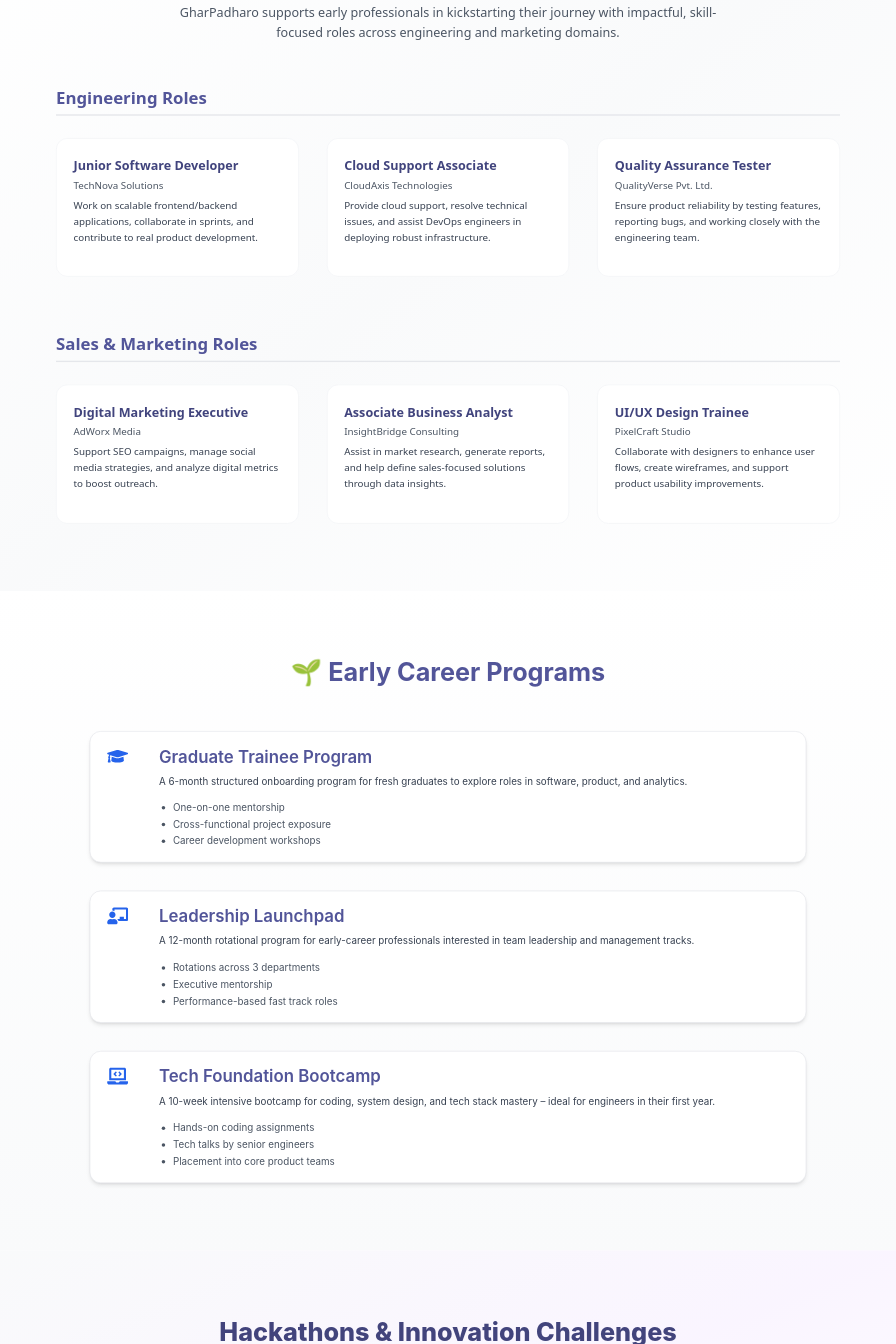
Repository: Siddharthkothiyal/GharPadhaaroCareerWebsite
Page: /#/students
The author's editor kept a copy of each file at every save. The page is drawn from the files as they stood at one save, then again after the next save.
The browser window is 1280 px wide. The pictures show the part of the page from y = 1816 to 3736 px (the page is 7311 px tall), at 70% of full size.
The project was rebuilt for these pictures with package versions that can differ from the ones it lists, and the page was loaded fresh each time. Also part of the build but not shown: src/components/CareerPortal/JobListing/JobListings.css, src/components/CareerPortal/JobListing/JobListings.js, src/components/CareerPortal/Header.css, src/components/CareerPortal/ResumeUpload.css, src/components/CareerPortal/ResumeUpload.js, src/components/CareerPortal/Header.js, src/components/CareerPortal/JobListing/JobSearch.css, src/components/CareerPortal/JobListing/JobSearch.js and 10 more.

Above is the page before, as saved 2025-06-22 11:53:31.

After the next save:
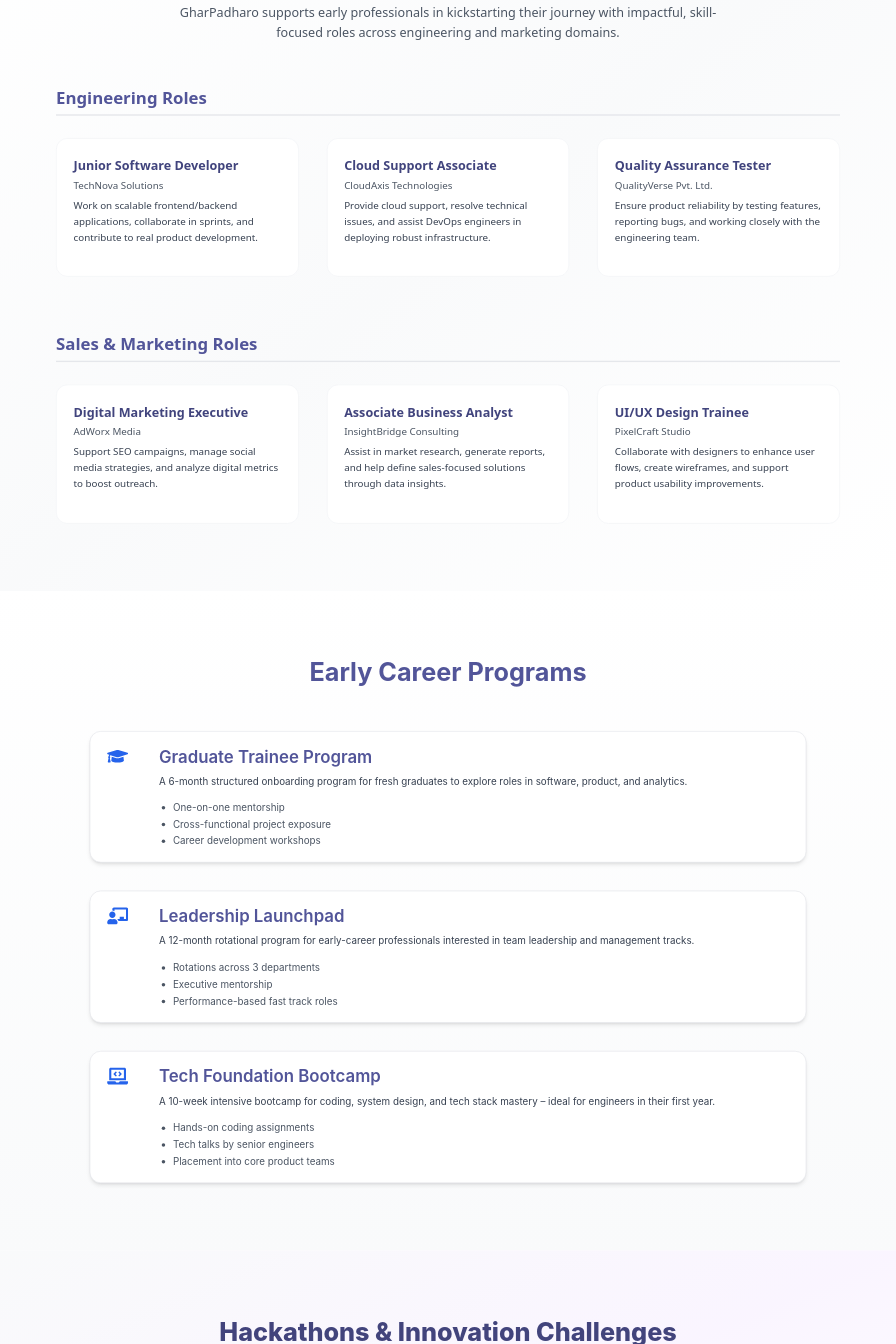
Saved 52 s later.
--- a/src/components/CareerPortal/StudentsPage/sections/EarlyCareers.js
+++ b/src/components/CareerPortal/StudentsPage/sections/EarlyCareers.js
@@ -49,7 +49,7 @@ const EarlyCareers = () => {
 
       <div className="max-w-5xl mx-auto">
         <h2 className="text-4xl font-bold text-center text-[#525599] mb-16 animate-fade-in-down">
-          🌱 Early Career Programs
+           Early Career Programs
         </h2>
 
         <div className="space-y-10">
